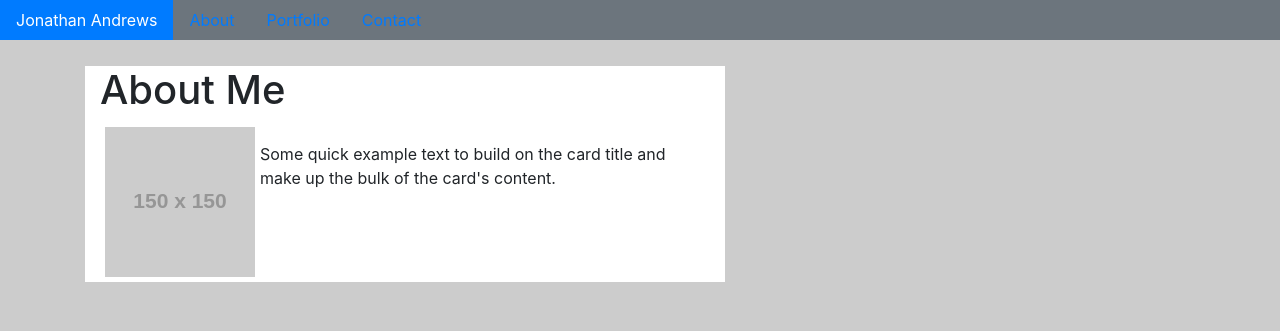
Repository: ionathas78/ionathas78.github.io
Page: index.html
An editor plug-in stored every save of this project. The page is shown before and after the next save, followed by the edit.
The browser window is 1280 px wide. The pictures show the whole page.

Above is the page before, as saved 2020-03-14 20:59:09.

After the next save:
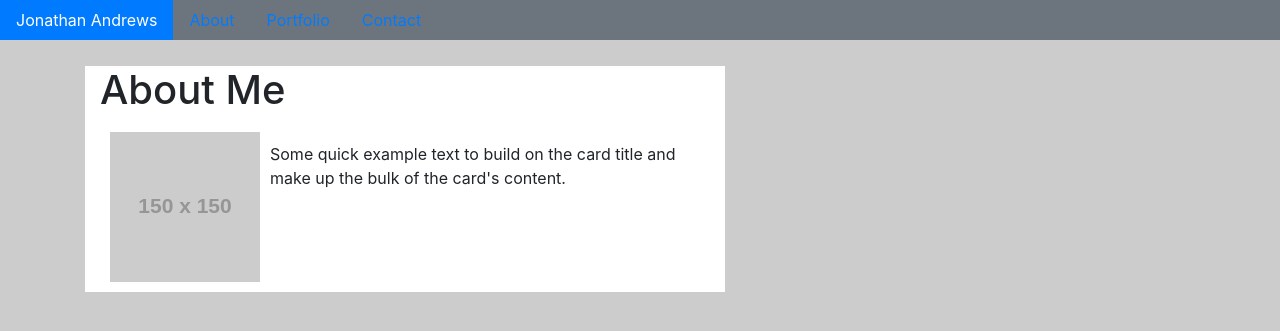
Saved 17 s later.
--- a/index.html
+++ b/index.html
@@ -30,7 +30,7 @@
             <div class="col-lg-4">
                 <div class="container clearfix" style="width: 50vw; max width: 900px; background-color: white; margin-top: 2vw;">
                     <h1>About Me</Menu></h1>
-                    <img src="https://via.placeholder.com/150" class="float-left" alt="My Index Pic" style="margin: 5px 5px;">
+                    <img src="https://via.placeholder.com/150" class="float-left" alt="My Index Pic" style="margin: 10px 10px;">
                         <div class="card-body">
                       <p>Some quick example text to build on the card title and make up the bulk of the card's content.</p>
                     </div>
